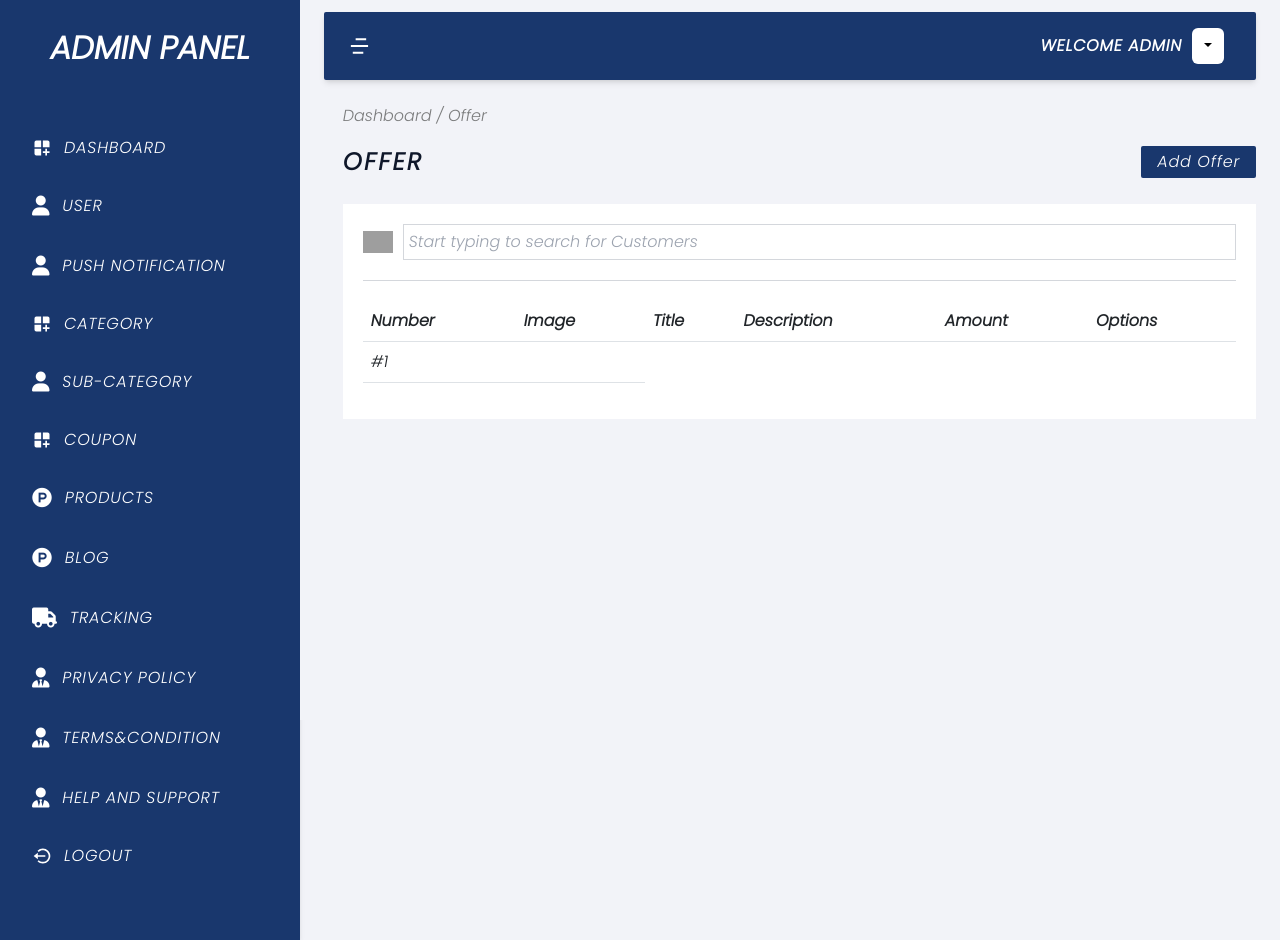
Repository: arpanmalik/project-khanna
Page: /Support
The author's editor kept a copy of each file at every save. The page is drawn from the files as they stood at one save, then again after the next save.
The browser window is 1280 px wide. The pictures show the whole page.
Pictures or frames that could not be fetched are drawn as grey boxes. Some web libraries are served in a nearby version. The project was rebuilt for these pictures with package versions that can differ from the ones it lists, and the page was loaded fresh each time. Also part of the build but not shown: src/E-CommerceAdmin/forms/Login.jsx, src/E-CommerceAdmin/pages/Dashboard.jsx, src/E-CommerceAdmin/pages/ECategory.js, src/E-CommerceAdmin/pages/EProduct.js, src/E-CommerceAdmin/pages/EVendorList.js, src/E-CommerceAdmin/pages/EAdminOrders.js, src/E-CommerceAdmin/pages/EAdminProduct.js, src/E-CommerceAdmin/pages/EAdminCustomer.js and 11 more. Imported but missing from the stored project, and not drawn on this page: src/E-CommerceVendor/forms/EVendorLogin, src/E-CommerceVendor/pages/EVCategory, src/E-CommerceVendor/pages/EVCoupon, src/E-CommerceVendor/pages/EVDashboard, src/E-CommerceVendor/pages/EVOrders, src/E-CommerceVendor/pages/EVProduct, src/E-CommerceVendor/pages/EVSubCategory.

Above is the page before, as saved 2023-05-16 17:09:10.

### public/index.html
<!-- @format -->

<!DOCTYPE html>
<html lang="en">
  <head>
    <meta charset="utf-8" />
    <meta name="viewport" content="width=device-width, initial-scale=1" />
    <meta name="theme-color" content="#000000" />
    <meta
      name="description"
      content="Web site created using create-react-app"
    />
    <link rel="manifest" href="%PUBLIC_URL%/manifest.json" />
    <link rel="preconnect" href="https://fonts.googleapis.com">
<link rel="preconnect" href="https://fonts.gstatic.com" crossorigin>
<link href="https://fonts.googleapis.com/css2?family=Roboto+Mono:ital,wght@1,300&display=swap" rel="stylesheet">
    <title>Admin Panel</title>
  </head>
  <body>
    <noscript>You need to enable JavaScript to run this app.</noscript>
    <div id="root"></div>
    <script src="https://code.jquery.com/jquery-3.6.0.min.js"></script>
    <script src="https://kit.fontawesome.com/b533b351e4.js" crossorigin="anonymous"></script>
  </body>
</html>

### src/index.js
import React from "react";
import ReactDOM from "react-dom/client";
import "./index.css";
import App from "./App";
import { BrowserRouter } from "react-router-dom";
import 'bootstrap/dist/css/bootstrap.min.css'

const root = ReactDOM.createRoot(document.getElementById("root"));
root.render(
  <React.StrictMode>
    <BrowserRouter>
      <App />
    </BrowserRouter>
  </React.StrictMode>
);

### src/index.css
/** @format */

@tailwind base;
@tailwind components;
@tailwind utilities;

@import url("https://fonts.googleapis.com/css2?family=Roboto+Mono:ital,wght@1,300&display=swap");
@font-face {
  font-family: Roboto;
  src: url("./Fonts/Poppins-LightItalic.ttf");
}

body {
  margin: 0;
  font-family: Roboto !important;
  -webkit-font-smoothing: antialiased;
  -moz-osx-font-smoothing: grayscale;
}

code {
  font-family: Roboto !important;
}

html {
  font-family: Roboto !important;
}

::-webkit-scrollbar {
  width: 10px;
}
.fa-trash {
  color: red;
  cursor: pointer;
}

.iCOn {
  transition: 0.5s;
  box-shadow: none;
  transform: scale(1);
}
.cardDiv {
  cursor: pointer;
}

.cardDiv:hover .iCOn {
  box-shadow: rgba(0, 0, 0, 0.35) 0px 5px 15px;
  transform: scale(1.3);
}

/* Track */
::-webkit-scrollbar-track {
  background: #f1f1f1;
}

/* Handle */
::-webkit-scrollbar-thumb {
  background: #888;
}

/* Handle on hover */
::-webkit-scrollbar-thumb:hover {
  background: #555;
}
.profileImage {
  width: 100px;
}
.fa-eye {
  color: #029aff;
  cursor: pointer;
}
.fa-edit {
  cursor: pointer;
  color: blue;
}

.View {
  border: 1px solid black;
  width: 100%;
  padding: 10px;
}

.main-card--container {
  display: grid;
  grid-template-columns: repeat(3, minmax(300px, 500px));
  grid-gap: 50px;
  justify-content: space-around;
}
.card-container {
  margin: 25px 0 auto;
  box-shadow: rgba(0, 0, 0, 0.35) 0px 5px 15px;
  position: relative;
  display: grid;
  grid-template-columns: 1fr;
  justify-content: space-around;
  align-items: flex-start;
}

.myEdit:focus {
  box-shadow: rgba(0, 0, 0, 0.35) 0px 5px 15px;
}

.AstroLogin {
  color: #fff;
  background-color: #2b7a8e;
  padding: 10px;
  width: 380px;
  text-align: center;
  font-size: 20px;
  background: linear-gradient(to left, #2b7a8e 50%, #fff 50%) right;
  background-size: 200%;
  transition: 0.5s ease-out;
  border: 1px solid #2b7a8e;
  margin-top: 10px;
  text-transform: uppercase;
}
.AstroLogin:hover {
  background-position: left;
  color: #2b7a8e;
}

.EcommerceAdminLogin {
  color: #fff;
  background-color: #19376d;
  padding: 10px;
  width: 380px;
  text-align: center;
  font-size: 20px;
  background: linear-gradient(to left, #19376d 50%, #fff 50%) right;
  background-size: 200%;
  transition: 0.5s ease-out;
  border: 1px solid #19376d;
  margin-top: 10px;
  text-transform: uppercase;
}

.EcommerceAdminLogin:hover {
  background-position: left;
  color: #19376d;
}
.EcommerceVendorLogin {
  color: #fff;
  background-color: #576cbc;
  padding: 10px;
  width: 380px;
  text-align: center;
  font-size: 20px;
  background: linear-gradient(to left, #576cbc 50%, #fff 50%) right;
  background-size: 200%;
  transition: 0.5s ease-out;
  border: 1px solid #576cbc;
  margin-top: 10px;
  text-transform: uppercase;
}

.EcommerceVendorLogin:hover {
  background-position: left;
  color: #576cbc;
}

.view {
  background-color: #2196f3;
  color: #fff;
  width: 50%;
  padding: 5px;
}

.two-sec {
  display: flex;
  justify-content: space-evenly;
  justify-content: space-evenly;
}
.two-sec .left {
  width: 60%;
  background-color: #f6f1ef;
  padding: 20px;
}
.two-sec .left .head {
  font-size: 25px;
  font-weight: bold;
}

.two-sec .right {
  width: 30%;
  background-color: #f6f1ef;
}

.searchDiv {
  width: 100%;
  display: flex;
  gap: 10px;
  border: 1px solid rgb(179, 179, 179);
  padding: 10px;
  margin-bottom: 20px;
  align-items: center;
}
.searchDiv input {
  width: 94%;
  outline: none;
  border: none;
}

.flexCont {
  display: flex;
  align-items: center;
  gap: 10px;
}
.flexCont img {
  width: 60px;
  background-color: #e9ecef;
}

.blockContent {
  display: block;
}
.blockContent p {
  margin: 0;
}

.checkBox {
  width: 50px;
  height: 25px;
  background-color: #e9ecef;
  border-radius: 50px;
  position: relative;
  cursor: pointer;
}
.checkBox span {
  width: 20px;
  height: 20px;
  border-radius: 100%;
  background-color: #fff;
  position: absolute;
  left: 5px;
  top: 2px;
}
.ActivecheckBox {
  width: 50px;
  height: 25px;
  background-color: #0d6efd;
  border-radius: 50px;
  position: relative;
  cursor: pointer;
}
.ActivecheckBox span {
  width: 20px;
  height: 20px;
  border-radius: 100%;
  background-color: #fff;
  position: absolute;
  right: 5px;
  top: 2px;
}

.fa-eye {
  color: #0cba73;
  background-color: #d6f8e8;
  width: 40px;
  text-align: center;
  height: 40px;
  display: flex;
  border-radius: 100%;
  justify-content: center;
  padding-top: 10px;
  transition: 0.5s;
}

.fa-pen-to-square {
  color: #f4c39c;
  background-color: #ffebdb;
  width: 40px;
  text-align: center;
  height: 40px;
  display: flex;
  border-radius: 100%;
  justify-content: center;
  padding-top: 10px;
  cursor: pointer;
  transition: 0.5s;
}
.fa-trash {
  color: #df939f;
  background-color: #ffe1e8;
  width: 40px;
  text-align: center;
  height: 40px;
  display: flex;
  border-radius: 100%;
  justify-content: center;
  padding-top: 10px;
  cursor: pointer;
  transition: 0.5s;
}
.fa-trash:hover {
  transform: scale(1.2);
}
.fa-eye:hover {
  transform: scale(1.2);
}
.fa-pen-to-square:hover {
  transform: scale(1.2);
}
.required {
  color: #e74260;
}

.headP {
  margin-left: 2%;
  color: #7b7c7d;
}
.filterBox {
  display: flex;
  align-items: center;
  gap: 10px;
  border-bottom: 1px solid #d4d7dc;
  padding-bottom: 20px;
  margin-bottom: 20px;
}
.filterBox img {
  width: 30px;
}
.filterBox input {
  width: 100%;
  border: 1px solid #d4d7dc;
  outline: none;
  padding: 5px;
  color: black;
}
.sectionCont {
  width: 98%;
  background-color: #fff;
  margin-left: 2%;
  padding: 20px;
}

.overFlowCont {
  width: 100%;
  overflow-x: auto;
}

.logo {
  width: 300px;
  margin-bottom: 20px;
}

.updateProfile {
  margin-left: 20px;
  border: 1px solid #fff;
  border-radius: 100%;
  font-size: 1.2rem;
  padding: 10px;
  transition: 0.5s;
  cursor: pointer;
}
.updateProfile:hover {
  border: 1px solid #19376d;
  color: #19376d;
  background-color: #fff;
}

.Normalbtn {
  background-color: #19376d !important;
  border: 1px solid #19376d !important;
  border-radius: 0px !important;
}

.ImageCarousel {
  width: 150px !important;
  margin: 0px !important;
  height: 150px !important;
}
.CarouselImages {
  width: 150px !important;
  height: 150px !important;
}
.CarouselImages img {
  width: 100% !important;
  height: 100% !important;
}

.ModalCarousel {
  width: 100% !important;
  height: 500px !important;
}
.ModalCarousel {
  width: 100% !important;
  height: 500px !important;
}
.ModalCarousel img {
  width: 100% !important;
  height: 500px !important;
}

.gridCont {
  display: grid;
  grid-template-columns: auto auto auto;
  justify-content: space-evenly;
}
.gridCont div {
  width: 400px;
  /* height: 300px; */
  box-shadow: rgba(0, 0, 0, 0.35) 0px 5px 15px;
  padding: 10px;
  position: relative;
  margin-top: 20px;
}
.gridCont div img {
  width: 100%;
}
.delete-Btn {
  width: 100%;
  color: #c44b3f;
  border: 1px solid #c44b3f;
  transition: 0.5s;
  padding: 10px;
}

.delete-Btn:hover {
  background-color: #c44b3f;
  color: #fff;
}

.BannerCarousel {
  width: 300px;
  margin: 0px !important;
}
.BannerCarouselImage {
  width: 300px;
}
.BannerCarouselImage img {
  width: 100%;
}

.pagination {
  display: flex;
  justify-content: center;
  align-items: center;
  gap: 10px;
  margin-bottom: 20px;
}
.pagination button {
  border: 1px solid black;
  padding: 10px;
}

.activePage {
  background-color: #19376d;
  color: #fff;
  border: 1px solid #19376d !important;
}

.active {
  background-color: #fff;
  color: #19376d !important;
}
.prevBtn {
  background-color: #fff;
  color: #19376d;
  border: 1px solid #19376d !important;
  transition: 0.5s;
}

.prevBtn:hover,
.prevBtn:focus,
.prevBtn:active {
  background-color: #19376d;
  color: #fff;
  border: 1px solid #19376d !important;
}
.nextBtn {
  background-color: #fff;
  color: #19376d;
  border: 1px solid #19376d !important;
  transition: 0.5s;
}

.nextBtn:hover,
.nextBtn:focus,
.nextBtn:active {
  background-color: #19376d;
  color: #fff;
  border: 1px solid #19376d !important;
}

.dangerBox {
  position: relative;
}
.dangerBox i {
  position: absolute;
  top: 50%;
  left: 90%;
  transform: translate(-50%, -50%);
  cursor: pointer;
}



#dropdown-basic{
  background-color: white;
  color: #000;
  border: none;
}

### src/E-CommerceAdmin/pages/EAdminDelivery.js
import React from "react";
import { Table, Modal, Form, Button } from "react-bootstrap";
import HOC from "../layout/HOC";

const EAdminDelivery = () => {
  const [modalShow, setModalShow] = React.useState(false);

  function MyVerticallyCenteredModal(props) {


    return (
      <Modal
        {...props}
        aria-labelledby="contained-modal-title-vcenter"
        centered
      >
        <Modal.Header closeButton>
          <Modal.Title id="contained-modal-title-vcenter">
            {" "}
            Add Support
          </Modal.Title>
        </Modal.Header>
        <Modal.Body>
          <Form >
            <Form.Group className="mb-3">
              <Form.Label>Email Address</Form.Label>
              <Form.Control
                type="email"
                required
              />
            </Form.Group>
            <Form.Group className="mb-3">
              <Form.Label>Mobile Number</Form.Label>
              <Form.Control
                type="tel"
                pattern="[0-9]{10}"
                required
              />
            </Form.Group>
            <Form.Group className="mb-3">
              <Form.Label>Whatsapp Number</Form.Label>
              <Form.Control
                type="tel"
                pattern="[0-9]{10}"
                required
              />
            </Form.Group>

            <Button className="btn" type="submit">
              Submit
            </Button>
          </Form>
        </Modal.Body>
      </Modal>
    );
  }


  return (
    <>
      <MyVerticallyCenteredModal
        show={modalShow}
        onHide={() => setModalShow(false)}
      />

      <section>
        <p className="headP">Dashboard / Offer</p>

        <div
          className="pb-4   w-full flex justify-between items-center"
          style={{ width: "98%", marginLeft: "2%" }}
        >
          <span
            className="tracking-widest text-slate-900 font-semibold uppercase"
            style={{ fontSize: "1.5rem" }}
          >
            Offer
          </span>

          <button
            onClick={() => {
              setModalShow(true);
            }}
            className="md:py-2 px-3 md:px-4 py-1 rounded-sm bg-[#19376d] text-white tracking-wider"
          >
            Add Offer
          </button>
        </div>
        <section className="sectionCont">
        <div className="filterBox">
              <img
                src="https://t4.ftcdn.net/jpg/01/41/97/61/360_F_141976137_kQrdYIvfn3e0RT1EWbZOmQciOKLMgCwG.jpg"
                alt=""
              />
              <input
                type="search"
                placeholder="Start typing to search for Customers"
              />
            </div>
          <div className="overFlowCont">
            <Table>
              <thead>
                <tr>
                  <th>Number</th>
                  <th>Image</th>
                  <th>Title</th>
                  <th>Description</th>
                  <th>Amount</th>
                  <th>Options</th>
                </tr>
              </thead>
              <tbody>
                <tr>
                  <td>#1</td>
                  <td>
                  <img src='' alt='' />
                   </td>
                </tr>
              </tbody>
            </Table>
          </div>


        </section>
      </section>
    </>
  );
};

export default HOC(EAdminDelivery);

### src/E-CommerceAdmin/layout/HOC.jsx
/** @format */

import React, { useState } from "react";
import Navbar from "./Navbar";
import Sidebar from "./Sidebar";

const HOC = (Wcomponenet) => {
  return function Component() {
    const [hamb, setHamb] = useState(false);
    return (
      <>
        <section
          className="flex overflow-x-hidden relative "
          style={{ backgroundColor: "#f2f3f8" }}
        >
          {/* Sidebar */}
          <div
            className={
              hamb
                ? " absolute top-0 z-30 md:w-auto shadow-md bg-slate-200  w-60 transition-all md:-left-full left duration-150  h-auto overflow-y-auto  left-0 "
                : " md:w-72 z-30 bg-slate-200  shadow-md  md:static absolute top-0 -left-full   transition-all duration-150  overflow-y-auto h-auto"
            }
            style={{ minWidth: "300px" }}
          >
            <Sidebar hamb={hamb} setHamb={setHamb} />
          </div>
          {/* Components & Navbar */}
          <div
            className={
              hamb
                ? " transition-all px-4 py-2  duration-150 w-full h-screen"
                : " w-full h-screen  px-4 py-2   z-50 transition-all duration-150 "
            }
            style={{ backgroundColor: "#f2f3f8" }}
          >
            <Navbar hamb={hamb} setHamb={setHamb} />
            <div className="my-6 text-#000 h-[87%] wcomp overflow-y-auto">
              {" "}
              <Wcomponenet />
            </div>
          </div>
        </section>
      </>
    );
  };
};

export default HOC;

### src/E-CommerceAdmin/layout/Navbar.jsx
/** @format */
import { RiMenu4Line } from "react-icons/ri";
import Dropdown from "react-bootstrap/Dropdown";
import { UpdateProfile } from "../../Modals";
import { useState } from "react";
import { useNavigate } from "react-router-dom";
import { toast } from "react-toastify";

const Navbar = ({ hamb, setHamb }) => {
  const [modalShow, setModalShow] = useState(false);
  const navigate = useNavigate();

  function LogOut () {
    navigate('/')
    toast.success("Logged Out")
  }

  return (
    <>
      <UpdateProfile show={modalShow} onHide={() => setModalShow(false)} />
      <div
        className={
          hamb
            ? "flex  w-full justify-between  my-1 rounded-sm  p-4 py-3 shadow-md items-center  bg-slate-200 space-x-4"
            : "flex  w-full justify-between my-1 rounded-sm  p-4 py-3 shadow-md items-center  bg-slate-200 space-x-4"
        }
        style={{ backgroundColor: "#19376d" }}
      >
        <RiMenu4Line
          onClick={() => setHamb(!hamb)}
          className="text-2xl font-bold text-gray-900 hover:scale-90 cursor-pointer"
          style={{ color: "#fff" }}
        />

        <section className="flex sm:ml-auto justify-end sm:w-full items-center space-x-2  pr-2">
          <figcaption
            className="tracking-wider pl-1 font-semibold d-flex"
            style={{ gap: "10px", alignItems: "center" }}
          >
            <div
              className="lg:text-base text-sm text-gray-900  uppercase"
              style={{ color: "#fff" }}
            >
              Welcome Admin
            </div>
            <Dropdown>
              <Dropdown.Toggle id="dropdown-basic"></Dropdown.Toggle>

              <Dropdown.Menu>
                <Dropdown.Item onClick={() => setModalShow(true)}>
                  Update Profile <i className="fa-solid fa-user"></i>{" "}
                </Dropdown.Item>
                <Dropdown.Item onClick={() => LogOut()} >
                  Logout <i className="fa-solid fa-right-from-bracket"></i>{" "}
                </Dropdown.Item>
              </Dropdown.Menu>
            </Dropdown>
          </figcaption>
        </section>
      </div>
    </>
  );
};

export default Navbar;

### src/E-CommerceAdmin/layout/Sidebar.jsx
/** @format */

import React from "react";
import { RiCloseLine } from "react-icons/ri";
import { Link, useNavigate } from "react-router-dom";
import { BiLogOutCircle } from "react-icons/bi";
import { MdDashboardCustomize } from "react-icons/md";

const Sidebar = ({ hamb, setHamb }) => {
  const navigate = useNavigate();

  const nav = [
    {
      icon: <MdDashboardCustomize className="text-xl mr-3 rounded-full " />,
      link: "/dashboard ",
      name: "Dashboard",
    },
    {
      icon: <i className="fa-solid fa-user text-xl mr-3 rounded-full"></i>,
      link: "/Admin",
      name: "User",
    },
    {
      icon: <i className="fa-solid fa-user text-xl mr-3 rounded-full"></i>,
      link: "/pushNotification",
      name: "Push Notification",
    },  {
      icon: <MdDashboardCustomize className="text-xl mr-3 rounded-full " />,
      link: "/Category",
      name: "Category",
    },

    {
      icon: <i className="fa-solid fa-user text-xl mr-3 rounded-full"></i>,
      link: "/sub-category",
      name: "Sub-Category",
    },

    {
      icon: <MdDashboardCustomize className="text-xl mr-3 rounded-full " />,
      link: "/coupon",
      name: "Coupon",
    },
    {
      icon: (
        <i className="fa-brands fa-product-hunt text-xl mr-3 rounded-full"></i>
      ),
      link: "/Product",
      name: "Products",
    },
    {
      icon: (
        <i className="fa-brands fa-product-hunt text-xl mr-3 rounded-full"></i>
      ),
      link: "/banner",
      name: "Blog",
    },






    // {
    //   icon: <MdDashboardCustomize className="text-xl mr-3 rounded-full " />,
    //   link: "/getMeThis",
    //   name: "Get Me This",
    // },
    {
      icon: <i className="fa-solid fa-truck  text-xl mr-3 rounded-full"></i>,
      link: "/Support",
      name: "Tracking",
    },
    // {
    //   icon: (
    //     <i className="fa-solid fa-cart-shopping text-xl mr-3 rounded-full"></i>
    //   ),
    //   link: "/Orders",
    //   name: "Orders Management",
    // },

    {
      icon: <i className="fa-solid fa-user-tie text-xl mr-3 rounded-full"></i>,
      link: "/privacy",
      name: "Privacy Policy",
    },
    {
      icon: <i className="fa-solid fa-user-tie text-xl mr-3 rounded-full"></i>,
      link: "/terms",
      name: "Terms&Condition",
    },
    // {
    //   icon: <i className="fa-solid fa-user-tie text-xl mr-3 rounded-full"></i>,
    //   link: "/helpSupport",
    //   name: "Help and Support",
    // },
    {
      icon: <i className="fa-solid fa-user-tie text-xl mr-3 rounded-full"></i>,
      link: "/complaints",
      name: "Help and Support",
    },
  ];

  const logOut = () => {
    localStorage.clear()
    navigate("/");
  };

  return (
    <>
      <aside
        className="p-4 h-auto"
        style={{ backgroundColor: "#19376d", minHeight: "100vh" }}
      >
        {/* Top */}
        <div className="w-full md:hidden relative  p-2 mb-4">
          <RiCloseLine
            onClick={() => setHamb(!hamb)}
            className="text-3xl  absolute top-2 sm:hover:rotate-[228deg] transition-transform font-bold right-2 sm:hover:text-[22px] text-[rgb(241,146,46)] cursor-pointer"
          />
        </div>{" "}
        <figure className="flex  flex-col items-center">
          <span
            className="font-bold text-[#fff]"
            style={{
              fontSize: "2rem",
              textAlign: "center",
              textTransform: "uppercase",
            }}
          >
            {" "}
            ADMIN PANEL
          </span>
        </figure>
        <nav className="py-6">
          {nav.map((nav) => {
            return (
              <Link
                to={nav.link}
                key={nav.name}
                className=""
                style={{ textDecoration: "none", textTransform: "uppercase" }}
              >
                <span
                  className="flex my-3 items-center cursor-pointer text-gray-900    tracking-wider p-2 rounded-sm"
                  style={{ color: "#FFF" }}
                >
                  {nav.icon} {nav.name}
                </span>
              </Link>
            );
          })}
          <span
            className="flex my-3 items-center cursor-pointer text-gray-900    tracking-wider p-2 rounded-sm"
            onClick={() => logOut()}
            style={{ color: "#FFF", textTransform: "uppercase" }}
          >
            <BiLogOutCircle className="text-xl mr-3 rounded-full " /> LogOut
          </span>
        </nav>
      </aside>
    </>
  );
};

export default Sidebar;

Loaded but not shown: tailwind.config.js (common file); src/App.js (91 lines, source omitted); src/Modals.js (41 lines, source omitted)

After the next save:
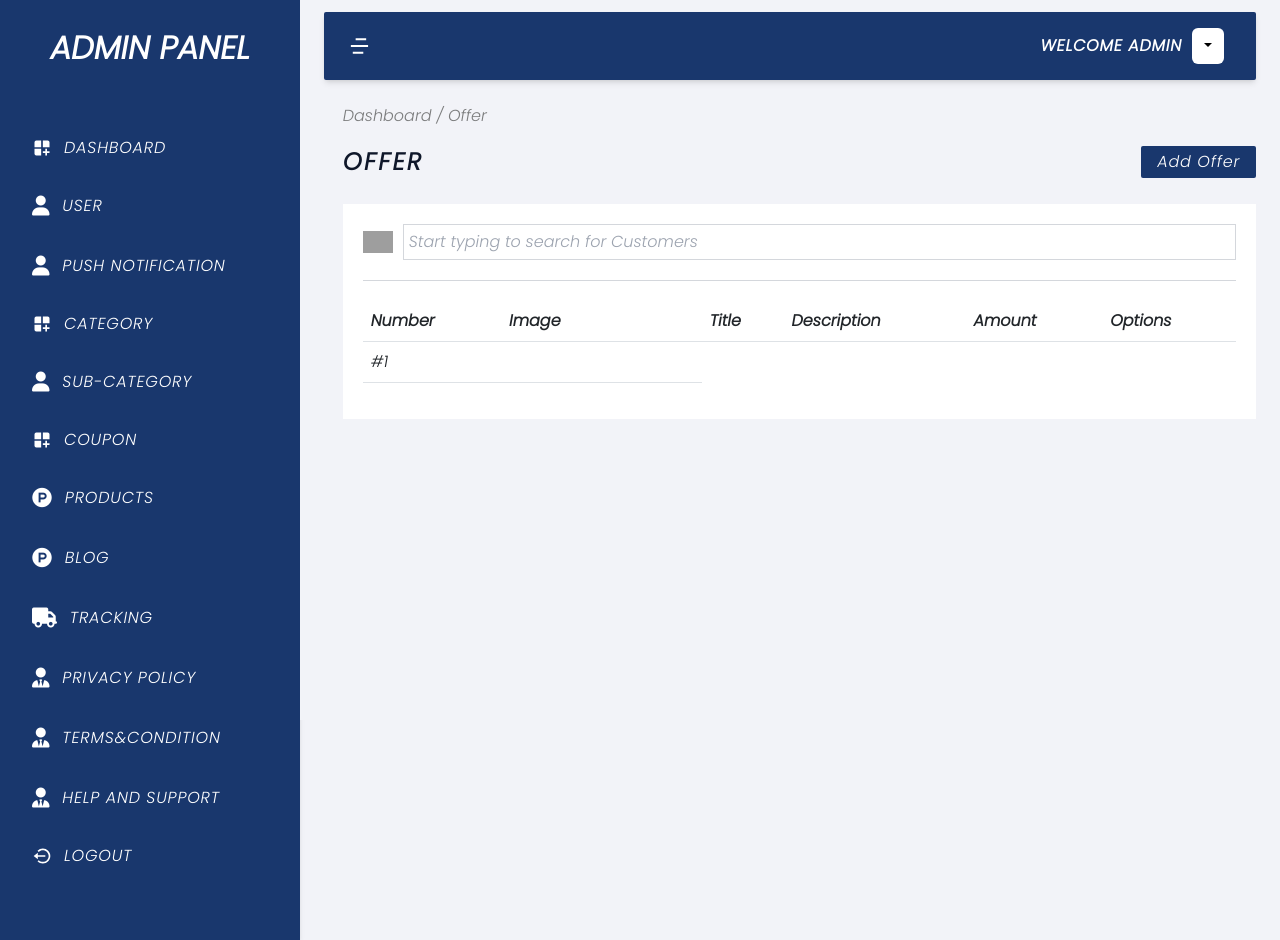
Saved 7 s later.
--- a/src/E-CommerceAdmin/pages/EAdminDelivery.js
+++ b/src/E-CommerceAdmin/pages/EAdminDelivery.js
@@ -113,7 +113,7 @@ const EAdminDelivery = () => {
                 <tr>
                   <td>#1</td>
                   <td>
-                  <img src='' alt='' />
+                  <img src='' alt='' style={{width : '100px'}}  />
                    </td>
                 </tr>
               </tbody>
